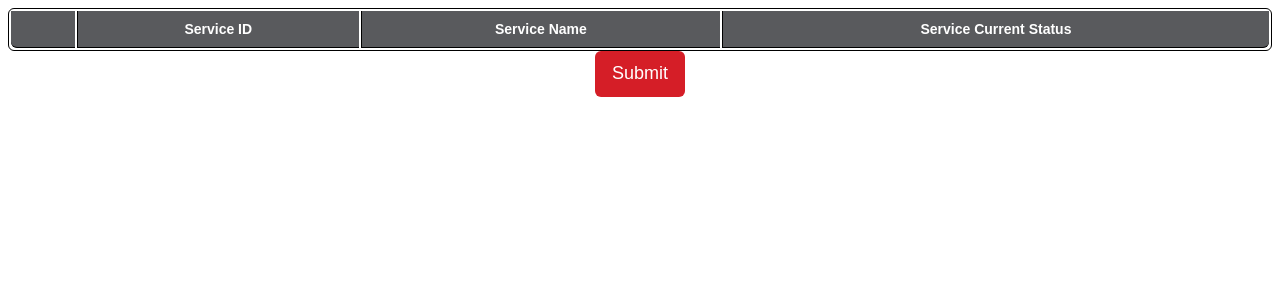
Repository: suma94/MyProjects
Page: http://localhost/SelfServiceSales/Display.jsp
The author's editor kept a copy of each file at every save. The page is drawn from the files as they stood at one save, then again after the next save.
The browser window is 1280 px wide. The pictures show the whole page.
The page is served by Tomcat 9. Other server files are loaded and not shown.

Above is the page before, as saved 2015-08-26 05:10:56.

### SelfServiceSales/WebContent/Display.jsp
<%@ page language="java" contentType="text/html; charset=ISO-8859-1"
    pageEncoding="ISO-8859-1"%>
    <%@ taglib uri="http://java.sun.com/jsp/jstl/core" prefix="c" %>
<!DOCTYPE html PUBLIC "-//W3C//DTD HTML 4.01 Transitional//EN" "http://www.w3.org/TR/html4/loose.dtd">
<html>
<head>
<meta http-equiv="Content-Type" content="text/html; charset=ISO-8859-1">
<link rel="stylesheet" type="text/css" href="styles.css">
<title>Insert title here</title>

</head>
<body>
	<form action="SuspendComplete" method="post">
		<table class="vztable"   >
			<tr>
				<td></td><td>Service ID</td><td>Service Name</td><td>Service Current Status</td>
			</tr>
			<c:forEach var="e" items="${infols}">
			<tr>
				<td><input type="radio"  name="services" value="${e.service_id}"> </td>
				<input type="radio" id="rb1" name="rb" value="id">
				<td><c:out value="${e.service_id}"></c:out> </td>
				<td><c:out value="${e.service_name}"></c:out> </td>
				<td><c:out value="${e.service_current_status}"></c:out> </td>
			</tr>
			</c:forEach>
			</table>
			<center>
				<input type="submit" value="Submit" name="Suspend" class="vzbtn">
			</center>
	</form>
</body>
</html>

### SelfServiceSales/WebContent/styles.css
.vz-standard-font
{
	font-family:arial;
}
.vzh1
{
	font-family:arial;
	font-style:bold;
	font-size:28px;
	color:#B00000;
}
.vzh2
{
	font-family:arial;
	font-style:bold;
	font-size:24px;
	color:#B00000;
}
.vzh3
{
	font-family:arial;
	font-style:bold;
	font-size:21.33px;
	color:#333333;
}
.vzh4
{
	font-family:arial;
	font-style:bold;
	font-size:18.66px;
	color:#333333;

}
.vzh5
{
	font-family:arial;
	font-style:bold;
	font-size:16px;
	color:#333333;
}
.vzh6
{
	font-family:arial;
	font-style:bold;
	font-size:14.66px;
	color:#333333;
}
.vzred
{
	color:#ED1C24;
}
.vzdarkgrey
{
	color:#595A5D;
}
.vzgrey
{
	color:#D2D3D4;
}
.vzlightgrey
{
	color:#ECEDEE;
}
.vzsecondary1
{
	color:rgb(115,185,176);
}
.vzsecondary2
{
	color:rgb(259,223,76);
}
.vzsecondary3
{
	color:rgb(74,154,77);
}.vzsecondary4
{
	color:rgb(46,103,178);
}
.vzsecondary5
{
	color:rgb(196,159,57);
}
.vzsecondary6
{
	color:rgb(210,102,159);
}
.vzsecondary7
{
	color:rgb(127,52,131);
}
.vzsecondary8
{
	color:rgb(49,149,169);
}
a.vzlink:link {
     font-family:Arial; color:#0066CC; text-decoration:underline;
}

/* visited link */
a.vzlink:visited {
  font-family:Arial; color:#990099; text-decoration:none;

}

/* mouse over link */
a .vzlink:hover {
   font-family:Arial; color:#0066CC; text-decoration:underline;
}

/* selected link */
a.vzlink:active {
font-family:Arial; color:#B00000; text-decoration:none;
}

.vzbtn {
  -webkit-border-radius: 6;
  -moz-border-radius: 6;
 padding: 10px 16px;
font-size: 18px;
line-height: 1.33333;
border-radius: 6px;
margin-bottom: 0px;
font-weight: 400;
text-align: center;
white-space: nowrap;
vertical-align: middle;
cursor: pointer;
-moz-user-select: none;
background-image: none;
border: 1px solid transparent;

  font-family: Arial;
  color: #ffffff;

  background: #d51e27;

  text-decoration: none;
}
.vzbtn:focus {outline:0;}

.vzbtn:hover {
  text-decoration: none;
}
.vzbtnsmall {
  -webkit-border-radius: 3;
  -moz-border-radius: 3;
  padding: 5px 10px;
    padding-top: 5px;
    padding-right: 10px;
    padding-bottom: 5px;
    padding-left: 10px;
font-size: 12px;
line-height: 1.5;
border-radius: 3px;
display: inline-block;
margin-bottom: 0px;
font-weight: 400;
text-align: center;
white-space: nowrap;
vertical-align: middle;
cursor: pointer;
-moz-user-select: none;
background-image: none;
border: 1px solid transparent;

  font-family: Arial;
  color: #ffffff;

  background: #d51e27;

  text-decoration: none;
}
.vzbtnsmall:focus {outline:0;}

.vzbtnsmall:hover {
  text-decoration: none;
}
.vzbtnmedium {
	padding: 6px 12px;
margin-bottom: 0px;
font-size: 14px;
font-weight: 400;
line-height: 1.42857;
text-align: center;
white-space: nowrap;
vertical-align: middle;
cursor: pointer;
-moz-user-select: none;
background-image: none;
border: 1px solid transparent;
border-radius: 4px;
  -webkit-border-radius: 4;
  -moz-border-radius: 4;



  font-family: Arial;
  color: #ffffff;

  background: #d51e27;

  text-decoration: none;
}
.vzbtnmedium:focus {outline:0;}

.vzbtnmedium:hover {
  text-decoration: none;
}
.vzbtnxsmall {
	padding: 1px 5px;
    padding-top: 1px;
    padding-right: 5px;
    padding-bottom: 1px;
    padding-left: 5px;
font-size: 12px;
line-height: 1.5;
border-radius: 3px;
	display: inline-block;
margin-bottom: 0px;
font-weight: 400;
text-align: center;
white-space: nowrap;
vertical-align: middle;
cursor: pointer;
-moz-user-select: none;
background-image: none;
border: 1px solid transparent;

border-radius: 3px;
  -webkit-border-radius: 3;
  -moz-border-radius: 3;



  font-family: Arial;
  color: #ffffff;

  background: #d51e27;

  text-decoration: none;
}
.vzbtnxsmall:focus {outline:0;}

.vzbtnxsmall:hover {
  text-decoration: none;
}
.vzbtn1{
  -webkit-border-radius: 6;
  -moz-border-radius: 6;
 padding: 10px 16px;
font-size: 18px;
line-height: 1.33333;
border-radius: 6px;
margin-bottom: 0px;
font-weight: 400;
text-align: center;
white-space: nowrap;
vertical-align: middle;
cursor: pointer;
-moz-user-select: none;
background-image: none;
border: 1px solid transparent;

  font-family: Arial;
  color: #ffffff;

  background: #464a4f;

  text-decoration: none;
}
.vzbtn1:focus {outline:0;}

.vzbtn1:hover {
  text-decoration: none;
}
.vzbtn1small {
  -webkit-border-radius: 3;
  -moz-border-radius: 3;
  padding: 5px 10px;
    padding-top: 5px;
    padding-right: 10px;
    padding-bottom: 5px;
    padding-left: 10px;
font-size: 12px;
line-height: 1.5;
border-radius: 3px;
display: inline-block;
margin-bottom: 0px;
font-weight: 400;
text-align: center;
white-space: nowrap;
vertical-align: middle;
cursor: pointer;
-moz-user-select: none;
background-image: none;
border: 1px solid transparent;

  font-family: Arial;
  color: #ffffff;

  background: #464a4f;

  text-decoration: none;
}
.vzbtn1small:focus {outline:0;}

.vzbtn1small:hover {
  text-decoration: none;
}
.vzbtn1medium {
	padding: 6px 12px;
margin-bottom: 0px;
font-size: 14px;
font-weight: 400;
line-height: 1.42857;
text-align: center;
white-space: nowrap;
vertical-align: middle;
cursor: pointer;
-moz-user-select: none;
background-image: none;
border: 1px solid transparent;
border-radius: 4px;
  -webkit-border-radius: 4;
  -moz-border-radius: 4;



  font-family: Arial;
  color: #ffffff;

  background: #464a4f;

  text-decoration: none;
}
.vzbtn1medium:focus {outline:0;}

.vzbtn1medium:hover {
  text-decoration: none;
}
.vzbtn1xsmall {
	padding: 1px 5px;
    padding-top: 1px;
    padding-right: 5px;
    padding-bottom: 1px;
    padding-left: 5px;
font-size: 12px;
line-height: 1.5;
border-radius: 3px;
	display: inline-block;
margin-bottom: 0px;
font-weight: 400;
text-align: center;
white-space: nowrap;
vertical-align: middle;
cursor: pointer;
-moz-user-select: none;
background-image: none;
border: 1px solid transparent;

border-radius: 3px;
  -webkit-border-radius: 3;
  -moz-border-radius: 3;



  font-family: Arial;
  color: #ffffff;

  background: #464a4f;

  text-decoration: none;
}
.vzbtn1xsmall:focus {outline:0;}

.vzbtnx1small:hover {
  text-decoration: none;
}


.vzbtn2{
  -webkit-border-radius: 7;
  -moz-border-radius: 7;
  border-radius: 7px;

  font-family: Arial;
  color: #818181;
  font-size: 14px;
  background: #e3e6e5;
  padding: 10px 20px 10px 20px;
  text-decoration: none;
}
.vzbtn2:focus {outline:0;}
.vzbtn2:hover {
  text-decoration: none;
}
.vzbtn2{
  -webkit-border-radius: 6;
  -moz-border-radius: 6;
 padding: 10px 16px;
font-size: 18px;
line-height: 1.33333;
border-radius: 6px;
margin-bottom: 0px;
font-weight: 400;
text-align: center;
white-space: nowrap;
vertical-align: middle;
cursor: pointer;
-moz-user-select: none;
background-image: none;
border: 1px solid transparent;

  font-family: Arial;
  color: #ffffff;

  background: #e3e6e5;

  text-decoration: none;
}
.vzbtn2:focus {outline:0;}

.vzbtn2:hover {
  text-decoration: none;
}
.vzbtn2small {
  -webkit-border-radius: 3;
  -moz-border-radius: 3;
  padding: 5px 10px;
    padding-top: 5px;
    padding-right: 10px;
    padding-bottom: 5px;
    padding-left: 10px;
font-size: 12px;
line-height: 1.5;
border-radius: 3px;
display: inline-block;
margin-bottom: 0px;
font-weight: 400;
text-align: center;
white-space: nowrap;
vertical-align: middle;
cursor: pointer;
-moz-user-select: none;
background-image: none;
border: 1px solid transparent;

  font-family: Arial;
  color: #ffffff;

  background: #e3e6e5;

  text-decoration: none;
}
.vzbtn2small:focus {outline:0;}

.vzbtn2small:hover {
  text-decoration: none;
}
.vzbtn2medium {
	padding: 6px 12px;
margin-bottom: 0px;
font-size: 14px;
font-weight: 400;
line-height: 1.42857;
text-align: center;
white-space: nowrap;
vertical-align: middle;
cursor: pointer;
-moz-user-select: none;
background-image: none;
border: 1px solid transparent;
border-radius: 4px;
  -webkit-border-radius: 4;
  -moz-border-radius: 4;



  font-family: Arial;
  color: #ffffff;

  background: #e3e6e5;

  text-decoration: none;
}
.vzbtn2medium:focus {outline:0;}

.vzbtn2medium:hover {
  text-decoration: none;
}
.vzbtn2xsmall {
	padding: 1px 5px;
    padding-top: 1px;
    padding-right: 5px;
    padding-bottom: 1px;
    padding-left: 5px;
font-size: 12px;
line-height: 1.5;
border-radius: 3px;
	display: inline-block;
margin-bottom: 0px;
font-weight: 400;
text-align: center;
white-space: nowrap;
vertical-align: middle;
cursor: pointer;
-moz-user-select: none;
background-image: none;
border: 1px solid transparent;

border-radius: 3px;
  -webkit-border-radius: 3;
  -moz-border-radius: 3;



  font-family: Arial;
  color: #ffffff;

  background: #e3e6e5;

  text-decoration: none;
}
.vzbtn2xsmall:focus {outline:0;}

.vzbtnx2small:hover {
  text-decoration: none;
}

.vztext {
  display: inline-block;
  -webkit-box-sizing: content-box;
  -moz-box-sizing: content-box;
  box-sizing: content-box;
  padding: 10px 20px;
  border: 1px solid #b7b7b7;
  -webkit-border-radius: 3px;
  border-radius: 3px;
  font: normal 14px/normal Arial, Helvetica, sans-serif;
  color: rgba(40,40,40,1);
  -o-text-overflow: clip;
  text-overflow: clip;
  background: #ecf0f1;
  -webkit-box-shadow: 2px 2px 2px 0 rgba(0,0,0,0.2) inset;
  box-shadow: 2px 2px 2px 0 rgba(0,0,0,0.2) inset;
  text-shadow: 1px 1px 0 rgba(255,255,255,0.66) ;
  -webkit-transition: all 200ms cubic-bezier(0.42, 0, 0.58, 1);
  -moz-transition: all 200ms cubic-bezier(0.42, 0, 0.58, 1);
  -o-transition: all 200ms cubic-bezier(0.42, 0, 0.58, 1);
  transition: all 200ms cubic-bezier(0.42, 0, 0.58, 1);
}

.vztextarea
{

background:#ecf0f1;
color: rgba(40,40,40,1);
border:1px solid #DCDCDC;
border-radius:2px ;
font-size:12px ;
width: 222px ;
padding: 2px ;
box-shadow: 2px 2px 2px 0 rgba(0,0,0,0.2) inset;
-webkit-box-shadow: -2px 0px 8px #DCDCDC;
-moz-box-shadow: -2px 0px 8px #DCDCDC;
}
.vztextarea:focus, input:focus{
    outline: 0;
}
.vztable {
	margin:0px;padding:0px;
	width:100%;
	border:1px solid #000000;

	-moz-border-radius-bottomleft:6px;
	-webkit-border-bottom-left-radius:6px;
	border-bottom-left-radius:6px;

	-moz-border-radius-bottomright:6px;
	-webkit-border-bottom-right-radius:6px;
	border-bottom-right-radius:6px;

	-moz-border-radius-topright:6px;
	-webkit-border-top-right-radius:6px;
	border-top-right-radius:6px;

	-moz-border-radius-topleft:6px;
	-webkit-border-top-left-radius:6px;
	border-top-left-radius:6px;
}.vztable table{
    border-collapse: collapse;
        border-spacing: 0;
	width:100%;
	height:100%;
	margin:0px;padding:0px;
}.vztable tr:last-child td:last-child {
	-moz-border-radius-bottomright:6px;
	-webkit-border-bottom-right-radius:6px;
	border-bottom-right-radius:6px;
}
.vztable table tr:first-child td:first-child {
	-moz-border-radius-topleft:6px;
	-webkit-border-top-left-radius:6px;
	border-top-left-radius:6px;
}
.vztable table tr:first-child td:last-child {
	-moz-border-radius-topright:6px;
	-webkit-border-top-right-radius:6px;
	border-top-right-radius:6px;
}.vztable tr:last-child td:first-child{
	-moz-border-radius-bottomleft:6px;
	-webkit-border-bottom-left-radius:6px;
	border-bottom-left-radius:6px;
}.vztable tr:hover td{

}
.vztable tr:nth-child(odd){ background-color:#f3f3f5; }
.vztable tr:nth-child(even)    { background-color:#ffffff; }.vztable td{
	vertical-align:middle;


	border:1px solid #000000;
	border-width:0px 1px 1px 0px;
	text-align:center;
	padding:10px;
	font-size:13px;
	font-family:Arial;
	font-weight:normal;
	color:#000000;
}.vztable tr:last-child td{
	border-width:0px 1px 0px 0px;
}.vztable tr td:last-child{
	border-width:0px 0px 1px 0px;
}.vztable tr:last-child td:last-child{
	border-width:0px 0px 0px 0px;
}
.vztable tr:first-child td{
		background:-o-linear-gradient(bottom, #595a5d 5%, #595a5d 100%);	background:-webkit-gradient( linear, left top, left bottom, color-stop(0.05, #595a5d), color-stop(1, #595a5d) );
	background:-moz-linear-gradient( center top, #595a5d 5%, #595a5d 100% );
	filter:progid:DXImageTransform.Microsoft.gradient(startColorstr="#595a5d", endColorstr="#595a5d");	background: -o-linear-gradient(top,#595a5d,595a5d);

	background-color:#595a5d;
	border:0px solid #000000;
	text-align:center;
	border-width:0px 0px 1px 1px;
	font-size:14px;
	font-family:Arial;
	font-weight:bold;
	color:#ffffff;
}
.vztable tr:first-child:hover td{
	background:-o-linear-gradient(bottom, #595a5d 5%, #595a5d 100%);	background:-webkit-gradient( linear, left top, left bottom, color-stop(0.05, #595a5d), color-stop(1, #595a5d) );
	background:-moz-linear-gradient( center top, #595a5d 5%, #595a5d 100% );
	filter:progid:DXImageTransform.Microsoft.gradient(startColorstr="#595a5d", endColorstr="#595a5d");	background: -o-linear-gradient(top,#595a5d,595a5d);

	background-color:#595a5d;
}
.vztable tr:first-child td:first-child{
	border-width:0px 0px 1px 0px;
}
.vztable tr:first-child td:last-child{
	border-width:0px 0px 1px 1px;
}

.vztable1 {
	margin:0px;padding:0px;
	width:100%;
	border:1px solid #000000;

	-moz-border-radius-bottomleft:6px;
	-webkit-border-bottom-left-radius:6px;
	border-bottom-left-radius:6px;

	-moz-border-radius-bottomright:6px;
	-webkit-border-bottom-right-radius:6px;
	border-bottom-right-radius:6px;

	-moz-border-radius-topright:6px;
	-webkit-border-top-right-radius:6px;
	border-top-right-radius:6px;

	-moz-border-radius-topleft:6px;
	-webkit-border-top-left-radius:6px;
	border-top-left-radius:6px;
}.vztable1 table{
    border-collapse: collapse;
        border-spacing: 0;
	width:100%;
	height:100%;
	margin:0px;padding:0px;
}.vztable1 tr:last-child td:last-child {
	-moz-border-radius-bottomright:6px;
	-webkit-border-bottom-right-radius:6px;
	border-bottom-right-radius:6px;
}
.vztable1 table tr:first-child td:first-child {
	-moz-border-radius-topleft:6px;
	-webkit-border-top-left-radius:6px;
	border-top-left-radius:6px;
}
.vztable1 table tr:first-child td:last-child {
	-moz-border-radius-topright:6px;
	-webkit-border-top-right-radius:6px;
	border-top-right-radius:6px;
}.vztable1 tr:last-child td:first-child{
	-moz-border-radius-bottomleft:6px;
	-webkit-border-bottom-left-radius:6px;
	border-bottom-left-radius:6px;
}.vztable1 tr:hover td{

}
.vztable1 tr:nth-child(odd){ background-color:#f3f3f5; }
.vztable1 tr:nth-child(even)    { background-color:#ffffff; }.vztable1 td{
	vertical-align:middle;


	border:1px solid #000000;
	border-width:0px 1px 1px 0px;
	text-align:center;
	padding:10px;
	font-size:13px;
	font-family:Arial;
	font-weight:normal;
	color:#000000;
}.vztable1 tr:last-child td{
	border-width:0px 1px 0px 0px;
}.vztable1 tr td:last-child{
	border-width:0px 0px 1px 0px;
}.vztable1 tr:last-child td:last-child{
	border-width:0px 0px 0px 0px;
}
.vztable1 tr:first-child td{
		/* background:-o-linear-gradient(bottom, #595a5d 5%, #595a5d 100%);	background:-webkit-gradient( linear, left top, left bottom, color-stop(0.05, #595a5d), color-stop(1, #595a5d) );
	background:-moz-linear-gradient( center top, #595a5d 5%, #595a5d 100% ); */
	filter:progid:DXImageTransform.Microsoft.gradient(startColorstr="#595a5d", endColorstr="#595a5d");	background: -o-linear-gradient(top,#595a5d,595a5d);


	border:0px solid #000000;
	text-align:center;
	border-width:0px 0px 1px 1px;
	font-size:14px;
	font-family:Arial;


}
/* .vztable1 tr:first-child:hover td{
	background:-o-linear-gradient(bottom, #595a5d 5%, #595a5d 100%);	background:-webkit-gradient( linear, left top, left bottom, color-stop(0.05, #595a5d), color-stop(1, #595a5d) );
	background:-moz-linear-gradient( center top, #595a5d 5%, #595a5d 100% );
	filter:progid:DXImageTransform.Microsoft.gradient(startColorstr="#595a5d", endColorstr="#595a5d");	background: -o-linear-gradient(top,#595a5d,595a5d);

	background-color:#595a5d;
} */
.vztable1 tr:first-child td:first-child{
	border-width:0px 0px 1px 0px;
}
.vztable1 tr:first-child td:last-child{
	border-width:0px 0px 1px 1px;
}


.vzresponsive-container { position: relative; padding-bottom: 56.25%; padding-top: 30px; height: 0; overflow: hidden; }

.vzresponsive-container iframe { position: absolute; top: 0; left: 0; width: 100%; height: 100%; }
.vzlogoContainer {
  width: 20%;
}
.vzlogoContainer img {
max-width: 100%;
}
input[type=radio], input[type=checkbox] {
	    display:none;
	}
input[type=radio] + label:before {
	    content: "";
	    display: inline-block;
	    width: 15px;
	    height: 15px;
	    vertical-align:middle;
	    margin-right: 8px;
	    background-color: #aaa;
	    box-shadow: inset 0px 2px 2px rgba(0, 0, 0, .3);
	    border-radius: 8px;
	}
input[type=checkbox] + label:before {
	    content: "";
	    display: inline-block;
	    width: 15px;
	    height: 15px;
	    vertical-align:middle;
	    margin-right: 8px;
	    background-color: #aaa;
	    box-shadow: inset 0px 2px 2px rgba(0, 0, 0, .3);
	    border-radius: 4px;
	}
input[type=radio]:checked + label:before {
		content: "\2022";
		color:white;
	    background-color: #666;
		font-size:1.8em;
		text-align:center;
		line-height:14px;
		text-shadow:0px 0px 3px #eee;
	}
input[type=checkbox]:checked + label:before {
		content:"\2714";
		color:white;
	    background-color: #666;
		text-align:center;
		line-height:15px;
	    text-shadow:0px 0px 3px #eee;
	}
	.vznavbar-inverse
	{
		background-color: #FFFFFF;
		}
.vznavbar-inverse .vznavbar-nav>.vzactive>a:hover,
.vznavbar-inverse .vznavbar-nav>li>a:hover,
.vznavbar-inverse .vznavbar-nav>li>a:focus
 {
	 background-color: #FFFFFF;
	 }
.vznavbar-inverse .vznavbar-nav>.vzactive>a,
.vznavbar-inverse .vznavbar-nav>.vzopen>a,
.vznavbar-inverse .vznavbar-nav>.vzopen>a,
.vznavbar-inverse .vznavbar-nav>.vzopen>a:hover,
.vznavbar-inverse .vznavbar-nav>.vzopen>a,
.vznavbar-inverse .vznavbar-nav>.vzopen>a:hover,
.vznavbar-inverse .vznavbar-nav>.vzopen>a:focus
{
	background-color: #FFFFFF;
	}
.vzdropdown-menu
{
	background-color: #D2D3D4;
	}
.vzdropdown-menu>li>a:hover,
.vzdropdown-menu>li>a:focus
{
	background-color: #080808;
	}
.vznavbar-inverse
{
	background-image: none;
	}
.vzdropdown-menu>li>a:hover,
.vzdropdown-menu>li>a:focus
{
	background-image: none;
	}
.vznavbar-inverse {
	border-color: #d2d3d4;
	}
.vznavbar-inverse .vznavbar-brand
{
	color: #994812;
	}
.vznavbar-inverse .vznavbar-brand:hover {
	color: #ED1C24
	}
.vznavbar-inverse .vznavbar-nav>li>a
{
	color: #080808;
	}
.vznavbar-inverse .vznavbar-nav>li>a:hover,
.vznavbar-inverse .vznavbar-nav>li>a:focus
{
	color: #ED1C24;
	}
.vznavbar-inverse .vznavbar-nav>.vzactive>a,
.vznavbar-inverse .vznavbar-nav>.vzopen>a,
.vznavbar-inverse .vznavbar-nav>.vzopen>a:hover,
.vznavbar-inverse .vznavbar-nav>.vzopen>a:focus
{
	color: #ED1C24;
	}
.vznavbar-inverse .vznavbar-nav>.vzactive>a:hover,
.vznavbar-inverse .vznavbar-nav>.vzactive>a:focus
{
	color: #ED1C24;
	}
.vzdropdown-menu>li>a
{
color: #080808;
}
.vzdropdown-menu>li>a:hover,
.vzdropdown-menu>li>a:focus
{
	color: #FFFFFF;
}
.vznavbar-inverse .vznavbar-nav>.vzdropdown>a .vzcaret
{
	border-top-color: #080808;
	}
.vznavbar-inverse .vznavbar-nav>.vzdropdown>a:hover .vzcaret
 {
	 border-top-color: #ED1C24;
	 }
.vznavbar-inverse .vznavbar-nav>.vzdropdown>a .vzcaret
{
	border-bottom-color: #080808;
	}
.vznavbar-inverse .vznavbar-nav>.vzdropdown>a:hover .vzcaret
{
	border-bottom-color: #ED1C24;
	}

.inputwrap label {
    display: inline-block;
    width: 100px;
    text-align: right;
}
.select-style {
    /* border: 1px solid #ccc; */
    width: 120px;
    border-radius: 3px;
    overflow: hidden;
    background:  url("menu-icon.png") no-repeat 90% 50%;
	background-color:#d2d3d4;
}

.select-style select {
    padding: 5px 8px;
    width: 130%;
    border: none;
    box-shadow: none;
    background:transparent;
    background-image: none;
    -webkit-appearance: none;
}


.select-style select:focus {
    outline: none;
}

.wrapper         {width:100%;height:100%;margin:0 auto;background:#ffffff}
.h_iframe        {position:relative;}
.h_iframe .ratio {display:block;width:100%;height:auto;}
.h_iframe iframe {position:absolute;top:0;left:0;width:100%; height:100%;}

After the next save:
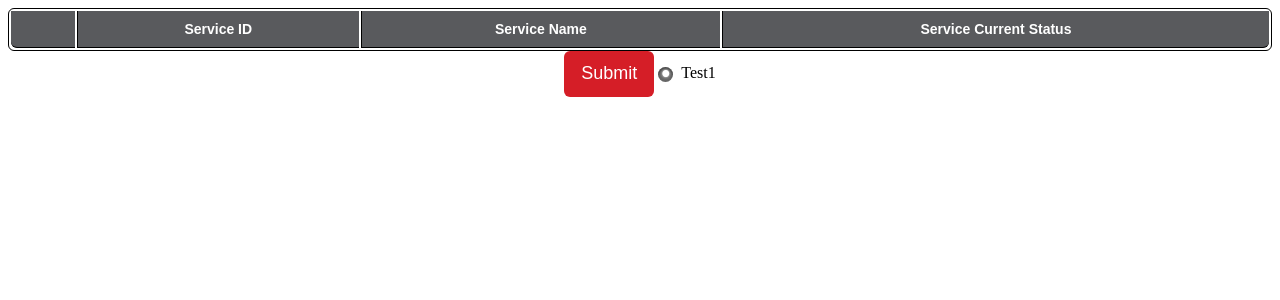
Saved 35 s later.
--- a/SelfServiceSales/WebContent/Display.jsp
+++ b/SelfServiceSales/WebContent/Display.jsp
@@ -18,7 +18,6 @@
 			<c:forEach var="e" items="${infols}">
 			<tr>
 				<td><input type="radio"  name="services" value="${e.service_id}"> </td>
-				<input type="radio" id="rb1" name="rb" value="id">
 				<td><c:out value="${e.service_id}"></c:out> </td>
 				<td><c:out value="${e.service_name}"></c:out> </td>
 				<td><c:out value="${e.service_current_status}"></c:out> </td>
@@ -27,6 +26,8 @@
 			</table>
 			<center>
 				<input type="submit" value="Submit" name="Suspend" class="vzbtn">
+				<input type="radio" id="rb1" name="rb" value="" checked>
+				<label for="rb1">Test1</label>
 			</center>
 	</form>
 </body>
